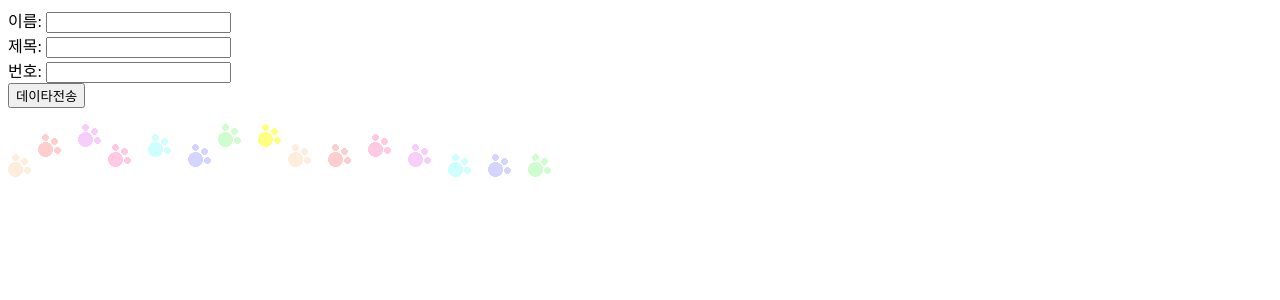
Repository: sorakazae/ITBANK_JSP_101
Page: http://localhost/Web0517/CCC.jsp
The author's editor kept a copy of each file at every save. The page is drawn from the files as they stood at one save, then again after the next save.
The browser window is 1280 px wide. The pictures show the whole page.
The page is served by Tomcat 9.

Above is the page before, as saved 2014-05-31 03:53:27.

After the next save:
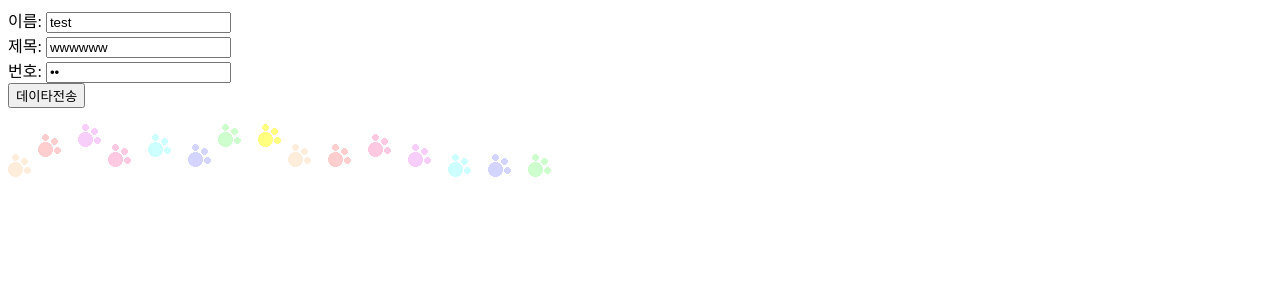
Saved 2 min 51 s later.
--- a/day8/my/Web0517/WebContent/CCC.jsp
+++ b/day8/my/Web0517/WebContent/CCC.jsp
@@ -7,9 +7,9 @@
 </head>
 <body>
 	<form action="DDD.jsp" method="post">
-	 이름: <input type=text name="name"> <br>
-	 제목: <input type=text name="title"> <br>
-	 번호: <input type=password name="num"> <br>
+	 이름: <input type=text name="name" value="test"> <br>
+	 제목: <input type=text name="title" value="wwwwww"> <br>
+	 번호: <input type=password name="num" value="32"> <br>
 
 	 <input type="submit" value="데이타전송">
 
